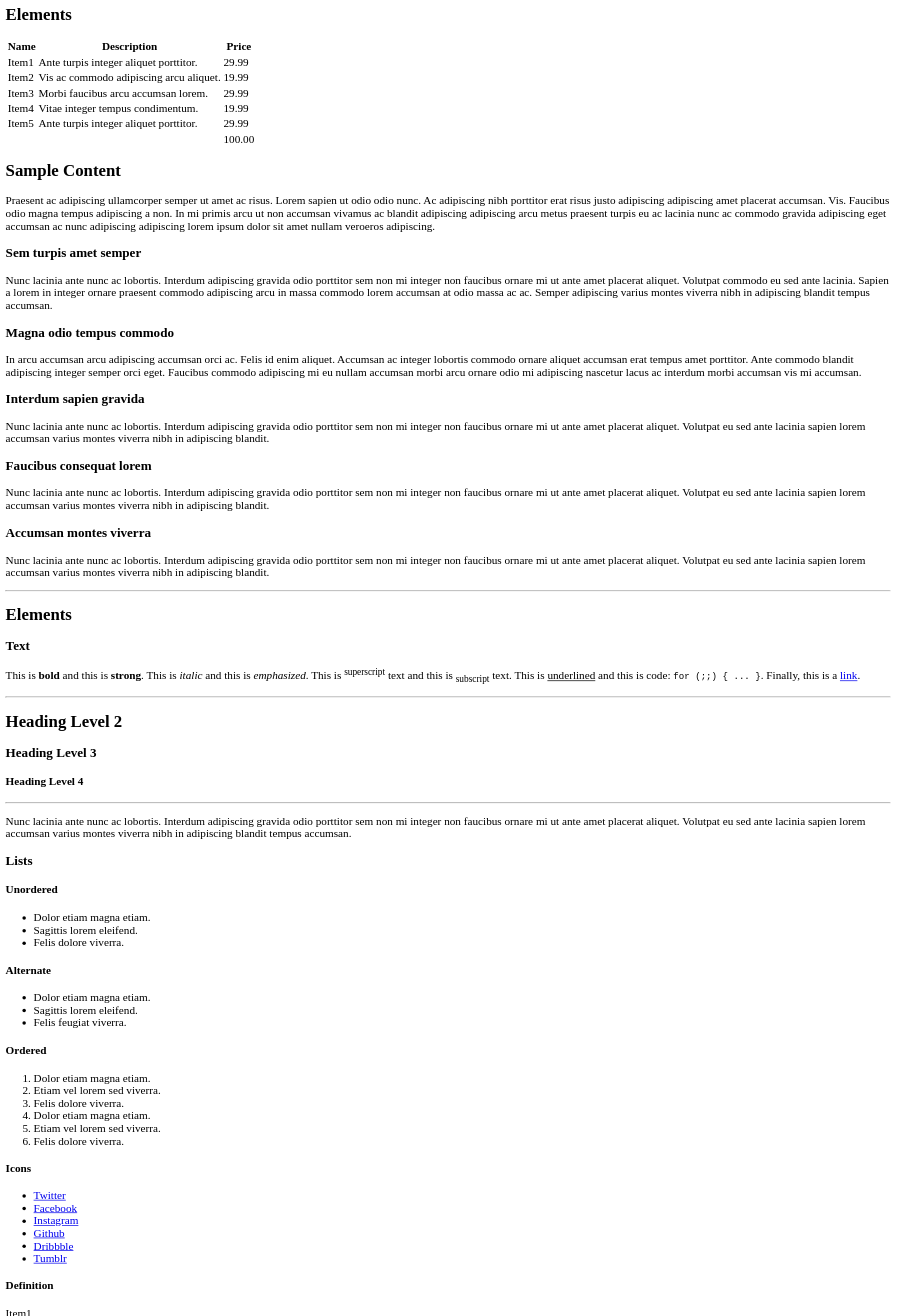
Repository: noCountJun/blog
Page: http://localhost/blogProject2/WEB-INF/views/board/boardList.jsp
An editor plug-in stored every save of this project. The page is shown before and after the next save, followed by the edit.
The browser window is 1280 px wide. The page is 1288 px wide, so the pictures cover 1288 px, including what lies to the right of the window. The pictures show the part of the page from y = 0 to 1880 px (the page is 7904 px tall before and 8127 px after), at 70% of full size.
The page is served by Tomcat 9. Nobody is signed in. The template is opened directly, without the code that normally fills it, so the values that code supplies are empty.

Above is the page before, as saved 2019-08-21 05:16:27.

After the next save:
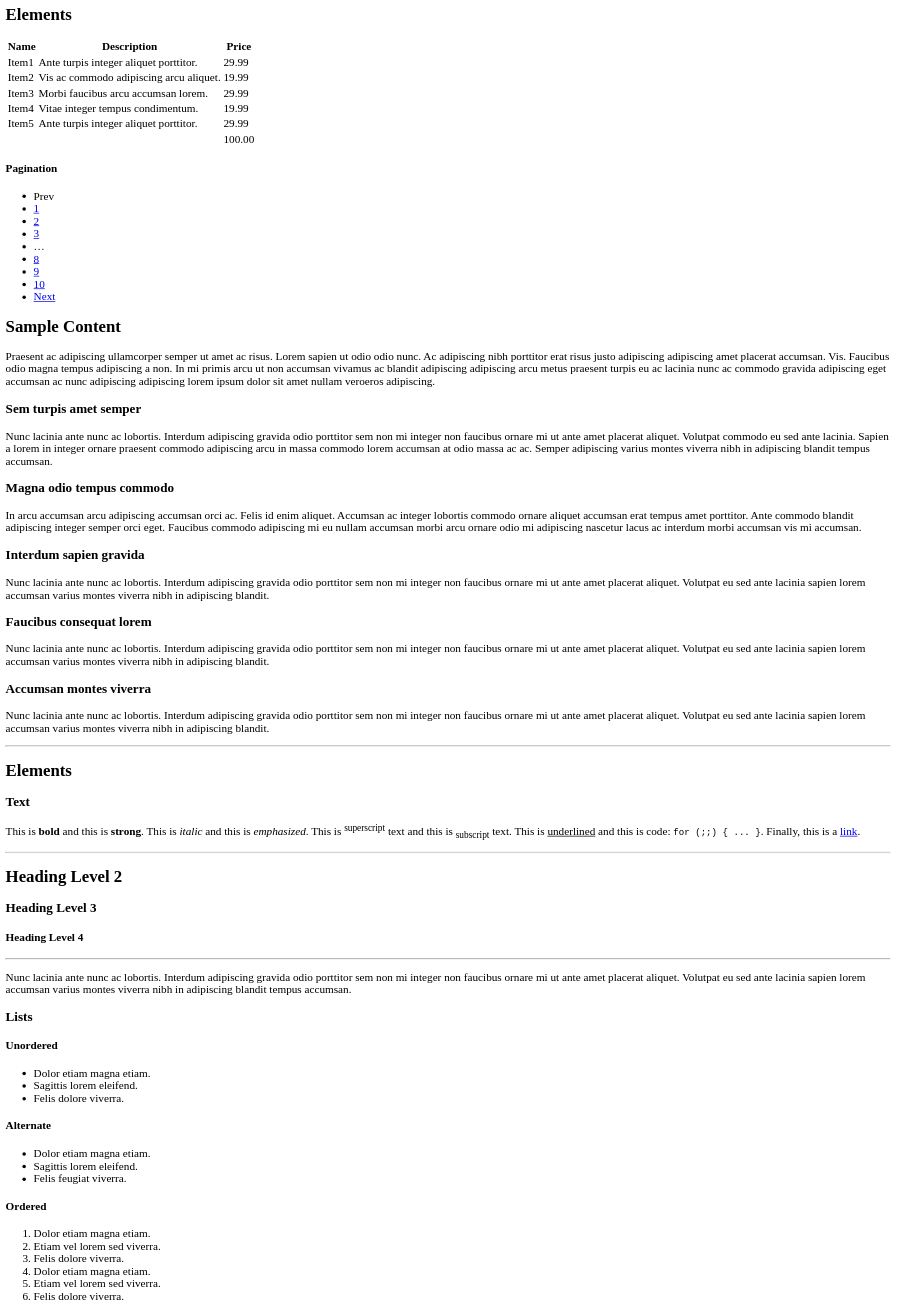
Saved 42 s later.
--- a/blogProject2/src/main/webapp/WEB-INF/views/board/boardList.jsp
+++ b/blogProject2/src/main/webapp/WEB-INF/views/board/boardList.jsp
@@ -51,6 +51,20 @@
 							</tfoot>
 						</table>
 					</div>
+
+					<h4>Pagination</h4>
+					<ul class="pagination">
+						<li><span class="button disabled">Prev</span></li>
+						<li><a href="#" class="page active">1</a></li>
+						<li><a href="#" class="page">2</a></li>
+						<li><a href="#" class="page">3</a></li>
+						<li><span>&hellip;</span></li>
+						<li><a href="#" class="page">8</a></li>
+						<li><a href="#" class="page">9</a></li>
+						<li><a href="#" class="page">10</a></li>
+						<li><a href="#" class="button">Next</a></li>
+					</ul>
+
 	<!-- Content -->
 		<h2 id="content">Sample Content</h2>
 		<p>Praesent ac adipiscing ullamcorper semper ut amet ac risus. Lorem sapien ut odio odio nunc. Ac adipiscing nibh porttitor erat risus justo adipiscing adipiscing amet placerat accumsan. Vis. Faucibus odio magna tempus adipiscing a non. In mi primis arcu ut non accumsan vivamus ac blandit adipiscing adipiscing arcu metus praesent turpis eu ac lacinia nunc ac commodo gravida adipiscing eget accumsan ac nunc adipiscing adipiscing lorem ipsum dolor sit amet nullam veroeros adipiscing.</p>
